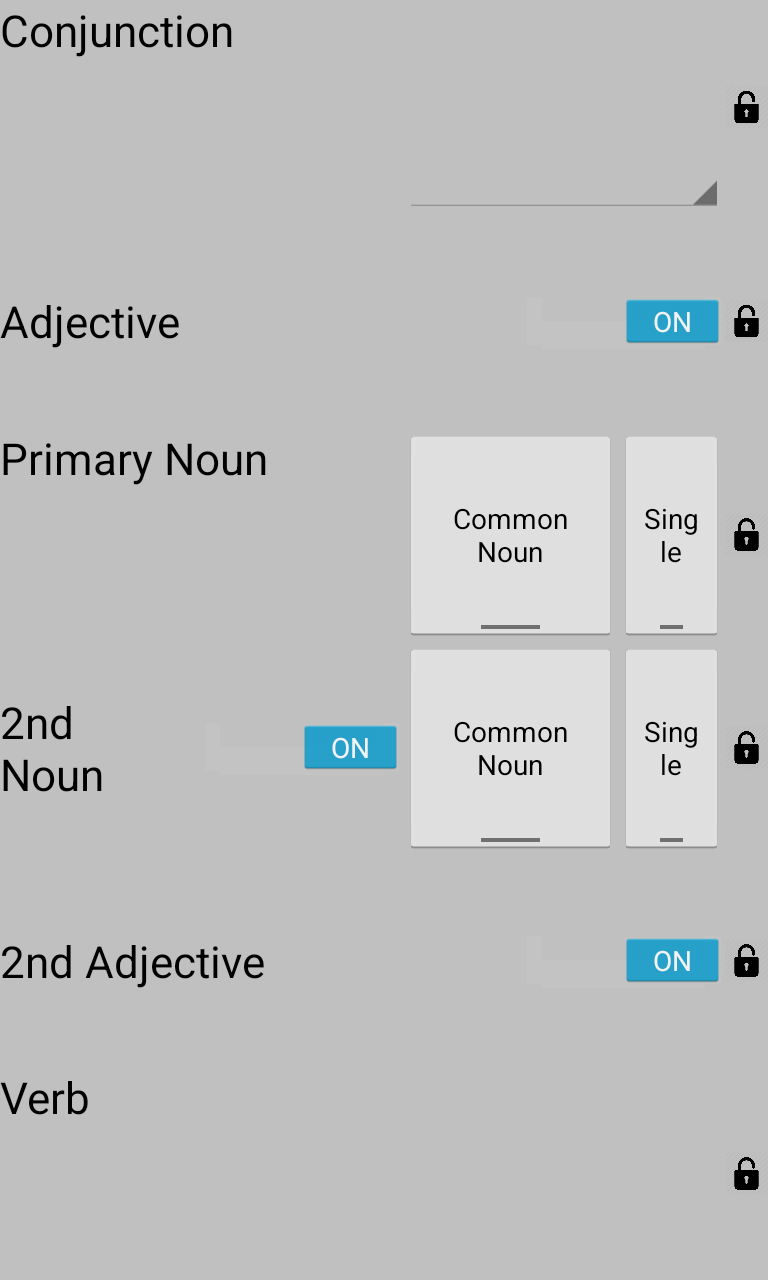
Repository: TheDizzler/TableTopTools
Layout: RPGTools/res/layout/fragment_cause_controls.xml
These files come from the project's save history. The layout is drawn as it stood at one moment and after the next save; the edit follows.
It is drawn on a 768 x 1280 px phone screen (xhdpi) without system bars, with theme AppTheme; the app's code is not run.

Above is the layout before, as saved 2017-03-22 09:31:38.

After the next save:
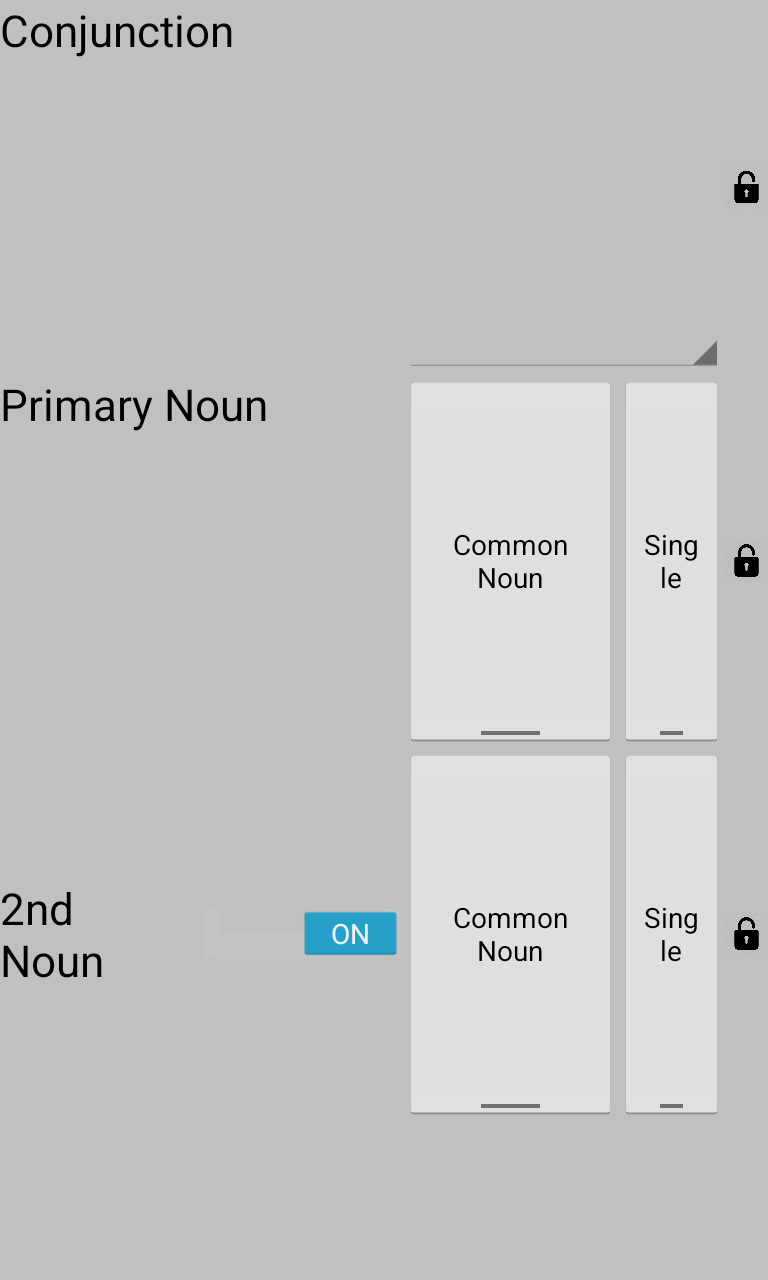
Saved 2 min 6 s later.
--- a/RPGTools/res/layout/fragment_cause_controls.xml
+++ b/RPGTools/res/layout/fragment_cause_controls.xml
@@ -54,12 +54,25 @@
             android:id="@+id/switch_primaryAdjective"
             android:layout_width="wrap_content"
             android:layout_height="match_parent"
-            android:layout_span="3"
+            android:layout_span="1"
             android:layout_weight="1"
             android:checked="true"
             android:text="Adjective"
             android:textAppearance="?android:attr/textAppearanceLarge" />
 
+        <Spinner
+            android:id="@+id/spinner1"
+            android:layout_width="wrap_content"
+            android:layout_height="wrap_content"
+            android:layout_span="1"
+            android:layout_weight="1"/>
+        <Spinner
+            android:id="@+id/spinner1"
+            android:layout_width="wrap_content"
+            android:layout_height="wrap_content"
+            android:layout_span="1"
+            android:layout_weight="1" />
+
         <ImageView
             android:id="@+id/lockBtn_primaryAdj"
             android:layout_width="32dp"
